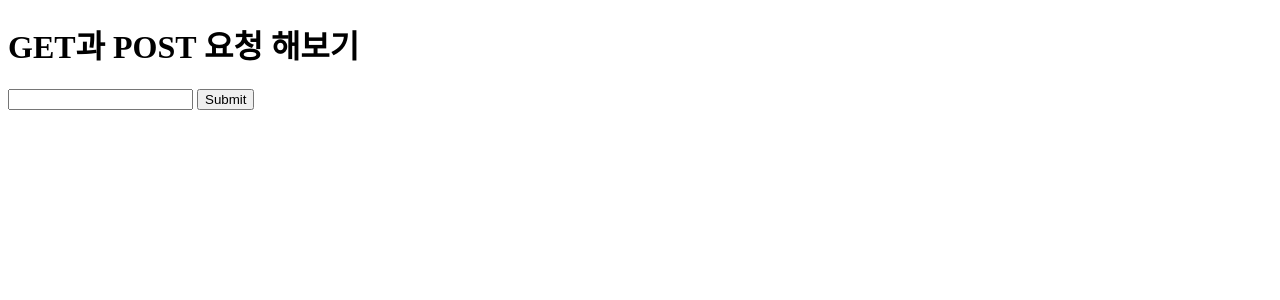
Repository: joeunpyeong/javaA
Page: 01.HelloJspServlet/src/main/webapp/getpost.html
These files come from the project's save history. The page is drawn as it stood at one moment and after the next save; the edit follows.
The browser window is 1280 px wide. The pictures show the whole page.

Above is the page before, as saved 2023-05-18 02:09:36.

After the next save:
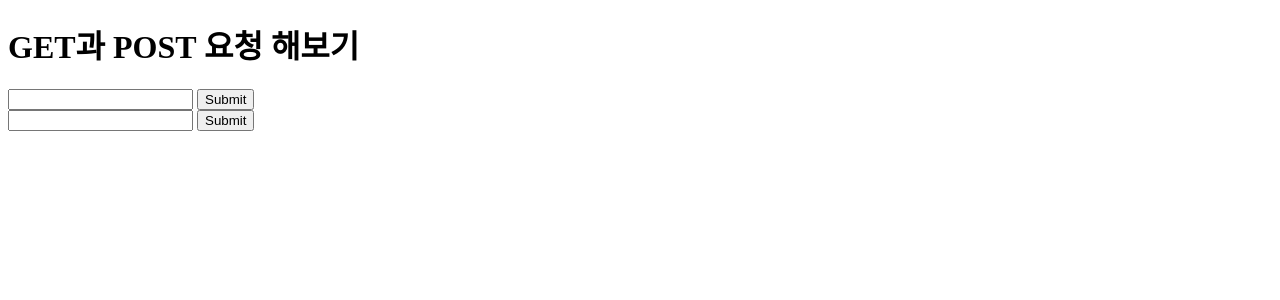
Saved 7 min 40 s later.
--- a/01.HelloJspServlet/src/main/webapp/getpost.html
+++ b/01.HelloJspServlet/src/main/webapp/getpost.html
@@ -7,11 +7,14 @@
 <body>
 	<h1>GET과 POST 요청 해보기</h1>
 	<!-- text값을 요청할 수 있는 폼태그 하나 만들고 요청해보기.(Submit) -->
+	<form action="Ex03_GetPost" method ="get">
+		<input type="text" name="txt1" id="txt2">
+		<input type="submit">
+	</form>
 	<form action="Ex03_GetPost" method ="post">
 		<input type="text" name="txt1" id="txt2">
 		<input type="submit">
 	</form>
 
-
 </body>
 </html>
